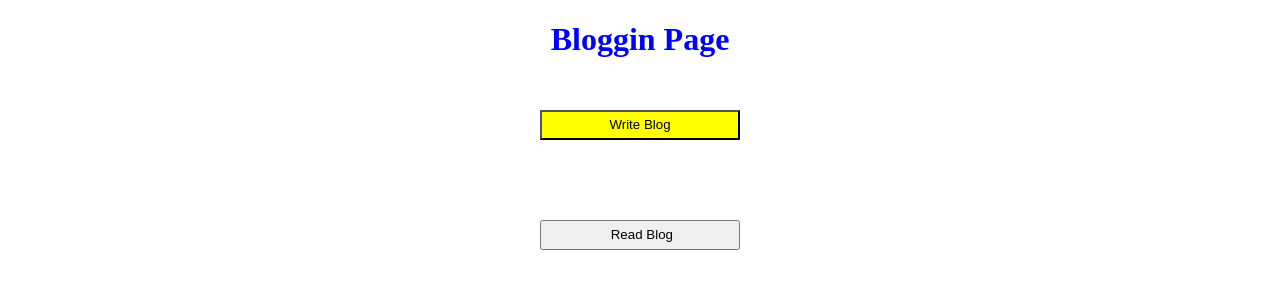
Repository: choubeyshubham018/CompleteJavaQuestions
Page: http://localhost/Ques_17_ServletBlogApplication/
The author's editor kept a copy of each file at every save. The page is drawn from the files as they stood at one save, then again after the next save.
The browser window is 1280 px wide. The pictures show the whole page.
The page is served by Tomcat 9. Other server files are loaded and not shown.

Above is the page before, as saved 2023-09-19 06:31:20.

### Servlet Assignment/Ques_17_ServletBlogApplication/src/main/webapp/index.jsp
<%@ page language="java" contentType="text/html; charset=ISO-8859-1"
    pageEncoding="ISO-8859-1" %>
<!DOCTYPE html>
<html>
<head>
<meta charset="ISO-8859-1">
<title>Home Page</title>
</head>
<body>

<h1 style="text-align: center; color: blue;">Bloggin Page</h1>
<div style="display: flex; justify-content: center; height: 200px; flex-direction: column;align-items: center;">
<div style="padding: 10px; margin: 30px;">
<form action="./blog & s1=save %">
<input type="submit" value="Write Blog" style="height: 30px;width: 200px; color: black; background-color: yellow;" >
</form>
</div>
<div style="padding: 10px; margin: 30px;">
<form action="./blog & s1=write %">
<input type="submit" value=" Read Blog" style="height: 30px;width: 200px;">
</form>
</div>
</div>
</body>
</html>

After the next save:
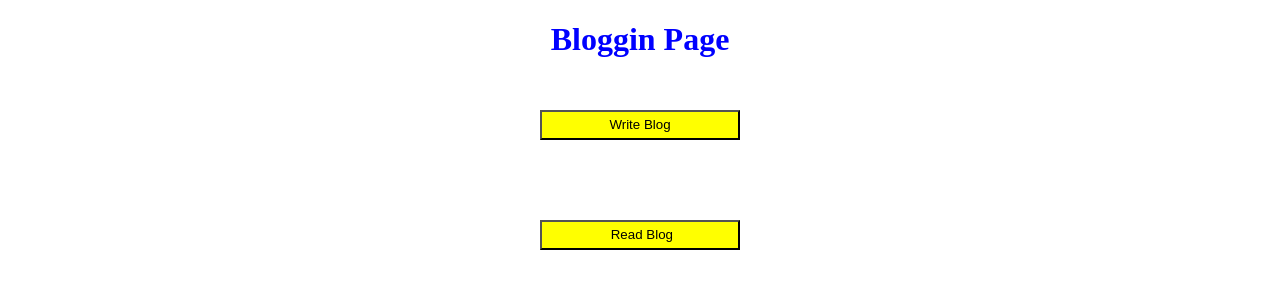
Saved 21 s later.
--- a/Servlet Assignment/Ques_17_ServletBlogApplication/src/main/webapp/index.jsp
+++ b/Servlet Assignment/Ques_17_ServletBlogApplication/src/main/webapp/index.jsp
@@ -17,7 +17,7 @@
 </div>
 <div style="padding: 10px; margin: 30px;">
 <form action="./blog & s1=write %">
-<input type="submit" value=" Read Blog" style="height: 30px;width: 200px;">
+<input type="submit" value=" Read Blog" style="height: 30px;width: 200px;color: black; background-color: yellow;">
 </form>
 </div>
 </div>
